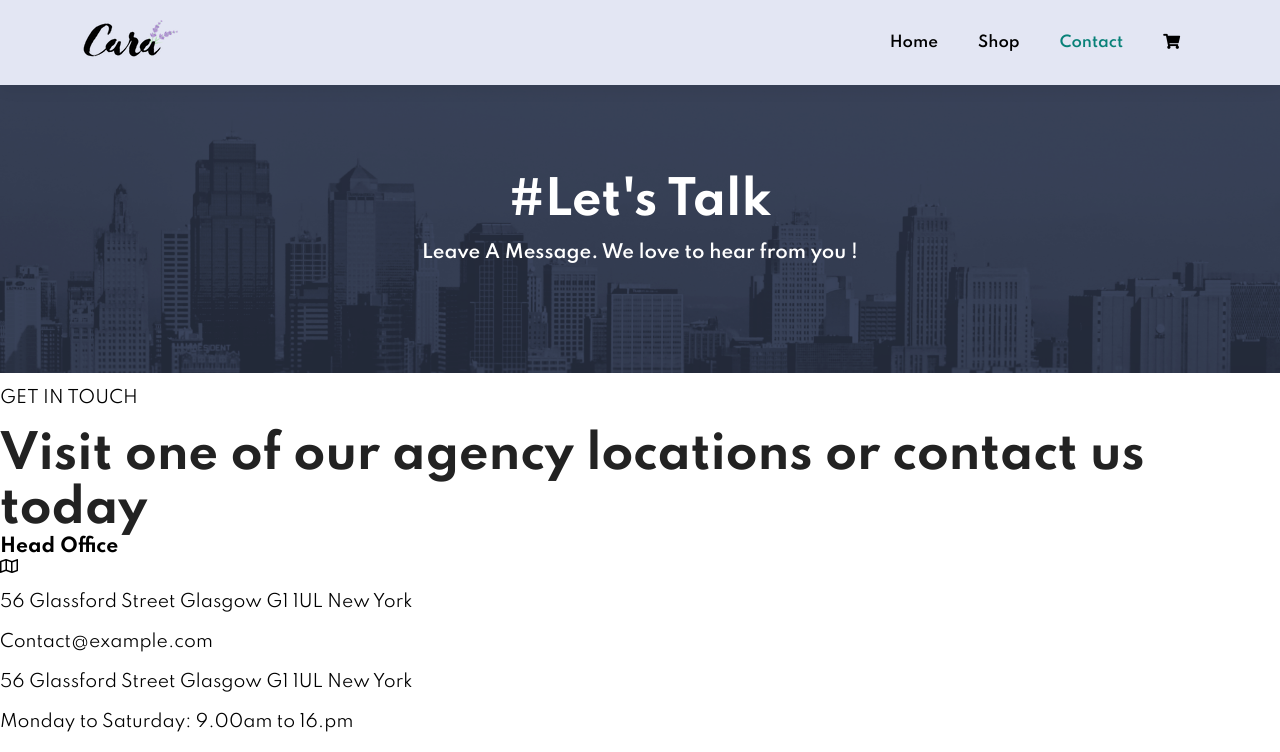
Repository: Daryllgio/E-Commerce-Website-UI
Page: contact.html
The author's editor kept a copy of each file at every save. The page is drawn from the files as they stood at one save, then again after the next save.
The browser window is 1280 px wide. The pictures show the whole page.
Some web libraries are served in a nearby version.

Above is the page before, as saved 2025-01-01 22:55:45.

### contact.html
<!DOCTYPE html>
<html lang="en">

<head>
    <meta charset="UTF-8">
    <meta http-equiv="X-UA-Compatible" content="IE=edge">
    <meta name="viewport" content="width=device-width, initial-scale=1.0">
    <title>Document</title>

    <link rel="stylesheet" href="https://pro.fontawesome.com/releases/v5.10.0/css/all.css" />

    <link rel="stylesheet" href="style.css">
</head>

<body>
    <section id="header">
        <a href="#"><img src="img/logo.png" id="logo" class="logo" alt=""></a>

        <div>
            <ul id="navbar">
                <li>
                    <a href="index.html">Home</a>
                </li>
                <li>
                    <a href="shop.html">Shop</a>
                </li>
                <li>
                    <a class="active" href="contact.html">Contact</a>
                </li>
                <li>
                    <a href="cart.html"><i class="fa fa-shopping-cart" aria-hidden="true"></i></a>
                </li>

            </ul>
        </div>
    </section>
    <section id="ContactPageheader" class="section-p1">
        <h2>#Let's Talk</h2>
        <p>Leave A Message. We love to hear from you !</p>
    </section>
    <section id="ContactDetail">
        <div>
            <p>
                GET IN TOUCH
            </p>
            <h2>
                Visit one of our agency locations or contact us today
            </h2>
            <h3>
                Head Office
            </h3>
            <div>
                <i class="far fa-map"></i>
                <p>
                    56 Glassford Street Glasgow G1 1UL New York
                </p>
            </div>
            <div>
                <p>
                    Contact@example.com
                </p>
            </div>
            <div>
                <p>
                    56 Glassford Street Glasgow G1 1UL New York
                </p>
            </div>
            <div>
                <p>
                    Monday to Saturday: 9.00am to 16.pm
                </p>
            </div>
        </div>
    </section>


    <script src="script.js"></script>

</body>

</html>

### style.css
@import url("https://fonts.googleapis.com/css2?family=Spartan:wght@100;200;300;400;500;600;700;800;900&display=swap");

* {
  margin: 0;
  padding: 0;
  box-sizing: border-box;
  font-family: "Spartan", sans-serif;
}

html {
  scroll-behavior: smooth;
}

/* Global Styles */

h1 {
  font-size: 50px;
  line-height: 64px;
  color: #222;
}

h2 {
  font-size: 46px;
  line-height: 54px;
  color: #222;
}

h4 {
  font-size: 20px;
  color: #222;
}

h6 {
  font-weight: 700;
  font-size: 12px;
}

p {
  font-size: 16px;
  color: #465b52;
  margin: 15px 0 20px 0;
}

.section-p1 {
  padding: 40px 80px;
}

.section-m1 {
  margin: 40px 0;
}

button.normal {
  font-size: 14px;
  font-weight: 400;
  padding: 15px 20px;
  border-radius: 5px;
  cursor: pointer;
  border: none;
  outline: none;
  transition: 0.3s;
}

body {
  width: 100%;
}

#header {
  display: flex;
  align-items: center;
  justify-content: space-between;
  padding: 20px 80px;
  background: #E3E6F3;
  box-shadow: 0 5px 15px rgba(0, 0, 0, 0.06);
  position: sticky;
  top: 0;
  left: 0;

}



#navbar {
  display: flex;
  align-items: center;
  justify-content: center;
}

#navbar li {
  list-style: none;
  padding: 0px 20px;
}

#navbar li a {
  text-decoration: none;
  font-size: 15px;
  font-weight: 600;
  color: #000;
  transition: 0.3s ease;
}

#navbar li a:hover,
#navbar li a.active {
  color: #088178;
}

#HomeHeaderContent {
  background-image: url("img/hero4.png");
  height: 90vh;
  width: 100%;
  background-size: cover;
  background-position: top 25% right 0;
  padding: 0 80px;
  align-items: flex-start;
  display: flex;
  flex-direction: column;
  justify-content: center;
}

#HomeHeaderContent h4 {
  margin-bottom: 10px;
}

#HomeHeaderContent h1 {
  color: #088178;
}

#HomeHeaderContent button {
  color: #088178;
  background-image: url("img/button.png");
  font-size: 15px;
  font-weight: 600;
  background-color: transparent;
  border: 0;
  padding: 14px 80px 14px 65px;
  background-repeat: no-repeat;
  cursor: pointer;
}

#Features {
  display: flex;
  justify-content: space-between;
}

#Features .fe-box {
  width: 200px;
  text-align: center;
  padding: 35px 25px;
  border: 1px solid #cce7d0;
  box-shadow: 20px 20px 34px rgba(0, 0, 0, 0.03);
  border-radius: 10px;
}

#Features .fe-box:hover {
  box-shadow: 10px 10px 54px rgba(0, 0, 0, 0.1);
}

#Features .fe-box img {
  margin-bottom: 10px;
}

#Features .fe-box h6 {
  font-size: 13px;
  display: inline-block;
  line-height: 1;
  border-radius: 4px;
  color: #088178;
  background-color: #fddde4;
  padding: 9px 8px 6px 8px;
}

#Features .fe-box:nth-child(2) h6 {
  background-color: #cdebbc;
}

#Features .fe-box:nth-child(3) h6 {
  background-color: #d1e8f2;
}

#Features .fe-box:nth-child(4) h6 {
  background-color: #cdd4f8;
}

#Features .fe-box:nth-child(5) h6 {
  background-color: #f6dbf6;
}

#Features .fe-box:nth-child(6) h6 {
  background-color: #fff2e5;
}

#product1 {
  text-align: center;
}

#product1 .pro {
  width: 23%;
  min-width: 250px;
  padding: 10px 25px;
  border: 1px solid #f0f0f0;
  border-radius: 20px;
  cursor: pointer;
  box-shadow: 20px 20px 30px rgba(0, 0, 0, 0.02);
  transition: 0.3s ease;
}

#product1 .pro:hover {
  box-shadow: 20px 20px 30px rgba(0, 0, 0, 0.06);

}

#product1 .pro img {
  width: 100%;
  border-radius: 20px;
}

#product1 .pro .des {
  text-align: start;
  padding: 10px 0;
}

#product1 .pro .des span {
  color: #606063;
  font-size: 12px;
}

#product1 .pro .des h5 {
  color: #1a1a1a;
  font-size: 14px;
  padding-top: 7px;
}

#product1 .pro .des .fa-star {
  color: rgb(243, 181, 25);
  font-size: 12px;
}

#product1 .pro .des h4 {
  font-size: 16px;
  padding-top: 7px;
  font-weight: 700;
  color: #088178;

}

#product1 .pro .Shop {
  display: flex;
  justify-content: space-between;
}

#product1 .pro .des .fa-shopping-cart {
  width: 40px;
  height: 40px;
  line-height: 40px;
  border-radius: 50px;
  font-size: 17px;
  background-color: #e8f6ea;
  font-weight: 500;
  color: #088178;
  border: 1px solid #cce7d0;
  text-align: center;
}

#product1 .pro-container {
  display: flex;
  justify-content: space-between;
  padding: 20px;
  flex-wrap: wrap;
}


#banner {
  background-image: url("img/banner/b2.jpg");
  height: 40vh;
  width: 100%;
  background-size: cover;
  background-position: top 25% right 0;
  padding: 0 80px;
  text-align: center;
  display: flex;
  flex-direction: column;
  align-items: center;
  justify-content: center;
}

#banner p {
  font-size: 15px;
  margin-bottom: 15px;
  font-weight: 400;
  color: #ffffff;
}

#banner h2 {
  color: #fff;
  margin-bottom: 15px;
}

#banner span {
  color: red;
}

#banner button:hover {
  color: #fff;
  background-color: #088178;
}



#sm-banner {
  display: flex;
  justify-content: space-between;
  flex-wrap: wrap;
  margin-bottom: 10px;
}

#sm-banner .banner-box {
  background-image: url("img/banner/b17.jpg");
  height: 50vh;
  min-width: 620px;
  background-size: cover;
  padding: 0 20px;
  display: flex;
  flex-direction: column;
  align-items: flex-start;
  justify-content: center;

}

#sm-banner .banner-box:nth-child(2) {
  background-image: url("img/banner/b10.jpg");
}

#sm-banner p {
  font-size: 20px;
  color: #fff;
}

#sm-banner h2 {
  color: #fff;
}

#sm-banner span {
  font-size: 17px;
  color: #fff;
  margin-top: 15px;
}

#sm-banner button {
  margin-top: 25px;
  background-color: transparent;
  color: #fff;
  border: 1px solid #fff;
  transition: 0.3s ease;

}

#sm-banner button:hover {
  border: 0;
  background-color: #088178;
}




#sm-banner2 {
  display: flex;
  justify-content: space-between;
}

#sm-banner2 .banner-box {
  background-image: url("img/banner/b7.jpg");
  height: 30vh;
  width: 420px;
  background-size: cover;
  padding: 0 20px;
  display: flex;
  flex-direction: column;
  align-items: flex-start;
  justify-content: center;
  overflow: hidden;

}

#sm-banner2 .banner-box:nth-child(2) {
  background-image: url("img/banner/b4.jpg");
}

#sm-banner2 .banner-box:nth-child(3) {
  background-image: url("img/banner/b18.jpg");
}

#sm-banner2 h3 {
  font-size: 28px;
  color: #fff;
}

#sm-banner2 span {
  font-size: 17px;
  color: #fff;
  font-weight: 600;
  margin-top: 15px;
}

#sm-NewsLetter {
  background-image: url("img/banner/b14.png");
  background-repeat: no-repeat;
  height: 20vh;
  width: 100%;
  background-size: cover;
  background-position: top 25% right 30%;
  background-color: #041e42;
}

#sm-NewsLetter .Newsletters-Container {
  justify-content: space-between;
  padding: 0 10px;
  display: flex;
  flex-direction: row;
  align-items: center;
}

#sm-NewsLetter .Newsletters-Container h3 {
  color: #fff;
  font-size: 24px;
}

#sm-NewsLetter .Newsletters-Container p {
  color: #fff;
}

#sm-NewsLetter .Newsletters-Container span {
  color: rgb(243, 181, 25);
}

#sm-NewsLetter .Newsletters-Input {
  display: flex;
}

#sm-NewsLetter input {
  width: 400px;
  border: 0;
  border-radius: 5px;
  border-top-right-radius: 0;
  border-bottom-right-radius: 0;
  height: 55px;
  padding-left: 30px;
  font-size: 16px;
}

#sm-NewsLetter button {
  width: 150px;
  height: 55px;
  font-size: 16px;
  color: #fff;
  background-color: #088178;
  border: 0;
  border-radius: 5px;
  border-top-left-radius: 0;
  border-bottom-left-radius: 0;
}

#Footer {
  display: flex;
  flex-direction: row;
  justify-content: space-between;
}

#Footer .Footer-box {
  display: flex;
  flex-direction: column;
}

#Footer a {
  margin-bottom: 10px;
  text-decoration: none;
  color: #000;
}



#Footer h3 {
  margin-bottom: 10px;
}

#Footer .Social-Icons {
  display: flex;
  flex-direction: row;
  align-items: center;
}

#Footer i {
  margin-right: 10px;
}

#Footer span {
  font-weight: 600;
}

#Footer p {
  margin-bottom: 10px;
}

#Footer .pay {
  border: 1px solid #088178;
  border-radius: 10px;
}

#copyright p {
  text-align: center;
  font-size: 17px;
  font-weight: 400;
}

#ShopPageheader {
  background-image: url("img/banner/b1.jpg");
  height: 40vh;
  width: 100%;
  background-size: cover;
  background-position: top 25% right 0;
  padding: 0 80px;
  text-align: center;
  display: flex;
  flex-direction: column;
  align-items: center;
  justify-content: center;
}

#ShopPageheader h2 {
  color: #fff;
}

#ShopPageheader p {
  color: #fff;
  font-size: 18px;
  font-weight: 600;
}

#ShopPagePagination {
  display: flex;
  align-items: center;
  justify-content: center;
  margin-bottom: 20px;
}

#ShopPagePagination a {
  padding: 20px 25px;
  align-items: center;
  text-align: center;
  background-color: #088178;
  font-size: 15px;
  font-weight: 600;
  border: 0;
  text-decoration: none;
  border-radius: 10px;
  margin-right: 10px;
  color: #fff;
}

#ShopPagePagination a i {
  font-size: 18px;
}

.dropdown-content {
  display: none;
  position: absolute;
  background-color: #f9f9f9;
  min-width: 160px;
  box-shadow: 0px 8px 16px rgba(0, 0, 0, 0.2);
  z-index: 1;
}

.dropdown-content a {
  color: black;
  padding: 12px 16px;
  text-decoration: none;
  display: block;
}

.dropdown-content a:hover {
  background-color: #f1f1f1;
}

#Product-Detail-Container {
  display: flex;
  padding: 0 80px;
  margin-top: 30px;
}

#Product-Detail-Container .OptionContainer {
  display: flex;
  align-items: center;
  flex-direction: column;
  margin-right: 30px;
}

#Product-Detail-Container .OptionSubContainer {
  display: flex;
  justify-content: flex-start;
}



#MainImg {
  width: 590px;
  height: 60vh;
  margin-bottom: 10px;
}

#Product-Detail-Container .option {
  width: 140px;
  height: 20vh;
  margin-right: 10px;
  cursor: pointer;
}

#Product-Detail-Container .Product-Category {
  margin-bottom: 20px;
}

#Product-Detail-Container .Product-Price {
  margin-bottom: 20px;
}

#Product-Detail-Container .dropdown-btn {
  padding: 12px 25px;
  border: 1px solid;
  border-radius: 5px;
  background-color: transparent;
}

#Product-Detail-Container .Product-Num-Container {
  display: flex;
  align-items: center;
  margin-top: 10px;
  margin-bottom: 50px;
}

#Product-Detail-Container .Size-btn {
  padding: 12px 25px;
  border: 1px solid;
  border-radius: 5px;
  text-align: center;
  margin-right: 10px;
  background-color: #fff;
}

#Product-Detail-Container .AddToCart-btn {
  padding: 16px 25px;
  border: 0;
  border-radius: 7px;
  text-align: center;
  background-color: #088178;
  color: #fff;
  font-size: 15px;
  font-weight: 600;
}


#Product-Detail-Container .Product-Detail-Header {
  color: #000;
  font-size: 22px;
  font-weight: 600;
}

#Product-Detail-Container .Product-Details {
  color: #000;
  line-height: 25px;
}

#ContactPageheader {
  background-image: url("img/about/banner.png");
  height: 40vh;
  width: 100%;
  background-size: cover;
  background-position: top 25% right 0;
  padding: 0 80px;
  text-align: center;
  display: flex;
  flex-direction: column;
  align-items: center;
  justify-content: center;
}

#ContactPageheader h2 {
  color: #fff;
}

#ContactPageheader p {
  color: #fff;
  font-size: 18px;
  font-weight: 600;
}

#ContactDetail p {
  color: #000;
  font-size: 17px;
}

### script.js
// Script for navigation bar
function toggleDropdown(dropdownId) {
    const dropdown = document.getElementById(dropdownId);
    const isOpen = dropdown.style.display === "block";
    closeAllDropdowns(); // Close any other open dropdowns
    dropdown.style.display = isOpen ? "none" : "block";
}

function closeAllDropdowns() {
    const dropdowns = document.querySelectorAll(".dropdown-content");
    dropdowns.forEach(dropdown => {
        dropdown.style.display = "none";
    });
}

function updateButtonText(dropdownId, selectedItem) {
    const dropdown = document.getElementById(dropdownId);
    const button = dropdown.previousElementSibling; // Select the button associated with the dropdown
    button.textContent = selectedItem.textContent; // Update button text with the selected item's text
    dropdown.style.display = "none"; // Close the dropdown after selection
}

// Close dropdowns when clicking outside
document.addEventListener("click", function (event) {
    if (!event.target.matches(".dropdown-btn") && !event.target.matches(".Size-btn")) {
        closeAllDropdowns();
    }
});

After the next save:
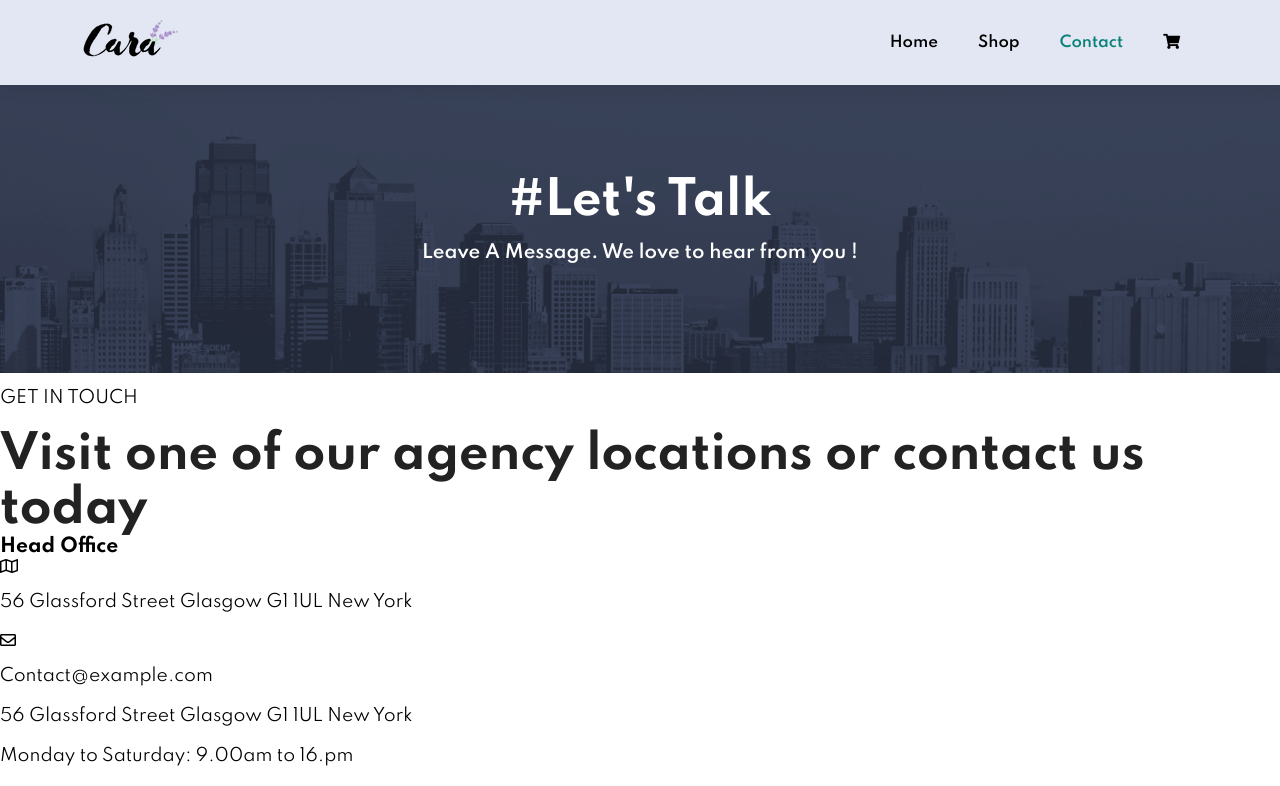
Saved 17 s later.
--- a/contact.html
+++ b/contact.html
@@ -56,6 +56,7 @@
                 </p>
             </div>
             <div>
+                <i class="far fa-envelope"></i>
                 <p>
                     Contact@example.com
                 </p>
